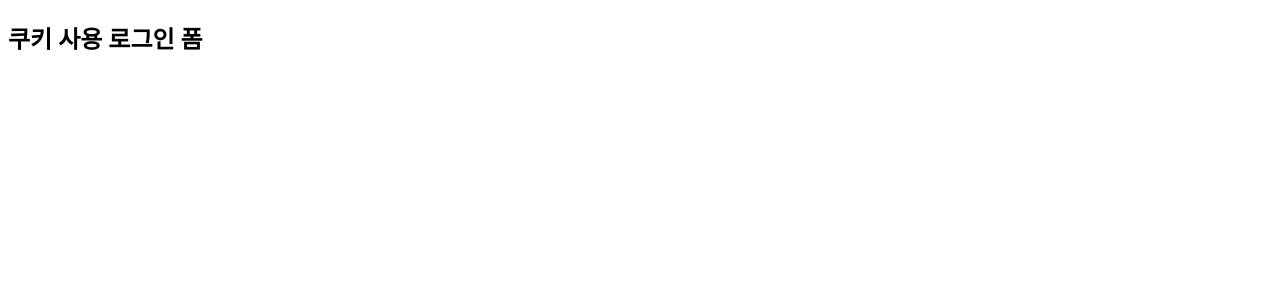
Repository: gugucon-hwan/ForStudyJSP
Page: http://localhost/StudyBasicJSP/ch12/cookieLoginForm.jsp
These files come from the project's save history. The page is drawn as it stood at one moment and after the next save; the edit follows.
The browser window is 1280 px wide. The pictures show the whole page.
The page is served by Tomcat 9.

Above is the page before, as saved 2020-08-21 22:09:38.

After the next save:
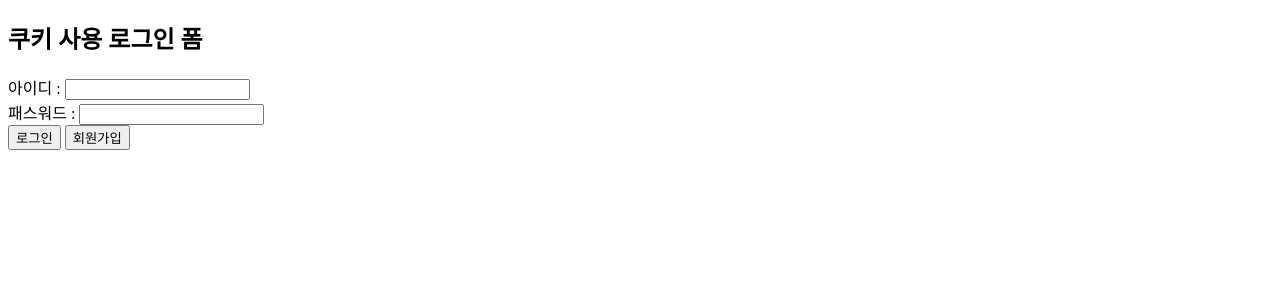
Saved 102 s later.
--- a/StudyBasicJSP/WebContent/ch12/cookieLoginForm.jsp
+++ b/StudyBasicJSP/WebContent/ch12/cookieLoginForm.jsp
@@ -9,7 +9,10 @@
 <body>
 	<h2>쿠키 사용 로그인 폼</h2>
 	<form method="post" action="cookieLoginPro.jsp">
-
+		아이디 : <input type="text" name="id" maxlength="50"><br>
+		패스워드 : <input type="password" name="passwd" maxlength="16"><br>
+		<input type="submit" value="로그인">
+		<input type="button" value="회원가입" onclick="location.href='insertMemberForm.jsp'";
 	</form>
 </body>
 </html>
